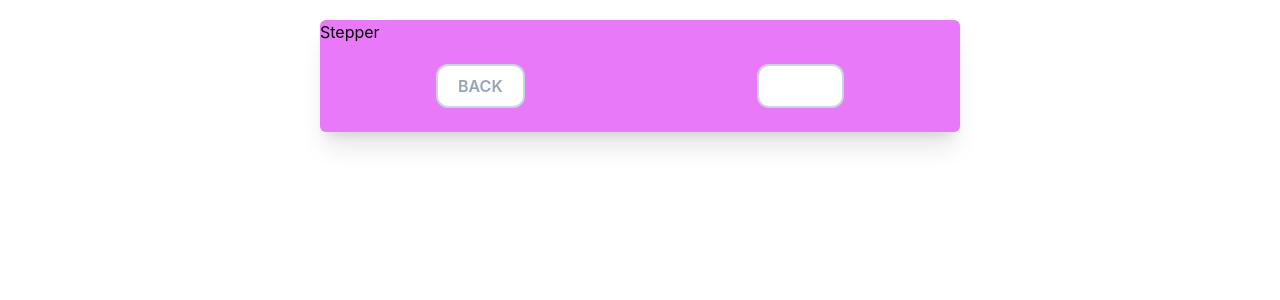
Repository: OmniaRafat232111121/reactstepper
Page: /
The author's editor kept a copy of each file at every save. The page is drawn from the files as they stood at one save, then again after a run of saves.
The browser window is 1280 px wide. The pictures show the whole page.
The project was rebuilt for these pictures with package versions that can differ from the ones it lists, and the page was loaded fresh each time. Also part of the build but not shown: src/App.css.

Above is the page before, as saved 2023-02-21 23:27:11.

### src/App.js

import './App.css';
import Stepper from './Component/Stepper';
import StepperControl from './Component/StepperControl';
function App() {
  return (
    <div className="md:w-1/2 mx-auto  rounded-md shadow-xl bg-fuchsia-400 pb-2 mt-5">
     {/*stepper*/}
    <div className='container horizontal mt-5'>
    <Stepper/>
    </div>
     {/*StepperCOntrol*/}
     <StepperControl/>
    </div>
  );
}

export default App;

### src/Component/Stepper.js
import React from 'react'

const Stepper = () => {
  return (
    <div>
      <h1>Stepper</h1>
    </div>
  )
}

export default Stepper

### src/Component/StepperControl.js
import React from 'react'

const StepperControl = () => {
  return (
    <div className='container  flex justify-around mt-5 mb-4'>
       {/*back button*/}
       <button className='bg-white text-slate-400 font-semibold  uppercase px-5 py-2  rounded-xl
       cursor-pointer border-2 border-slate-300 hover:bg-slate-700 hover:text-white transition duration-200 ease-in-out'>
       Back
       </button>
        {/*next button*/}
        <button className='bg-white text-white font-semibold  uppercase px-5 py-2  rounded-xl
        cursor-pointer border-2 border-slate-300 hover:bg-slate-700 hover:text-white transition duration-200 ease-in-out'>
        Next
        </button>
    </div>
  )
}

export default StepperControl

Loaded but not shown: public/index.html (common file); src/index.js (common file); src/index.css (common file); tailwind.config.js (common file)

After the next 2 saves:
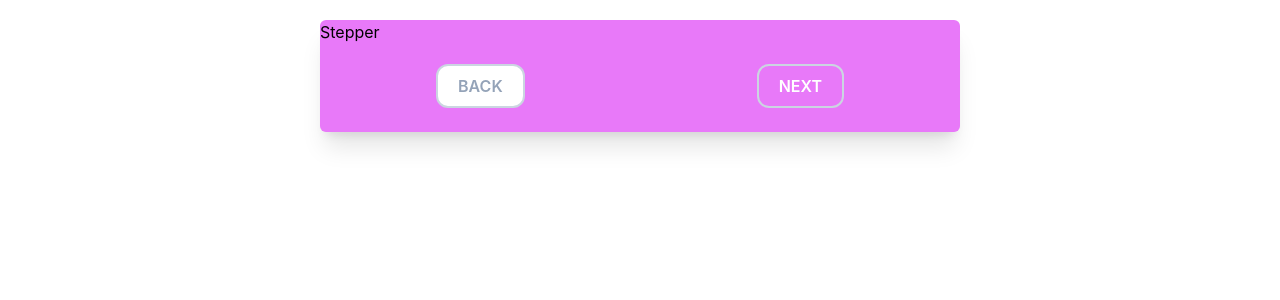
The 2 saves are shown as one change because they came seconds apart.
The last was saved 6 s later.
--- a/src/Component/StepperControl.js
+++ b/src/Component/StepperControl.js
@@ -9,7 +9,7 @@ const StepperControl = () => {
        Back
        </button>
         {/*next button*/}
-        <button className='bg-white text-white font-semibold  uppercase px-5 py-2  rounded-xl
+        <button className='bg-green text-white font-semibold  uppercase px-5 py-2  rounded-xl
         cursor-pointer border-2 border-slate-300 hover:bg-slate-700 hover:text-white transition duration-200 ease-in-out'>
         Next
         </button>
